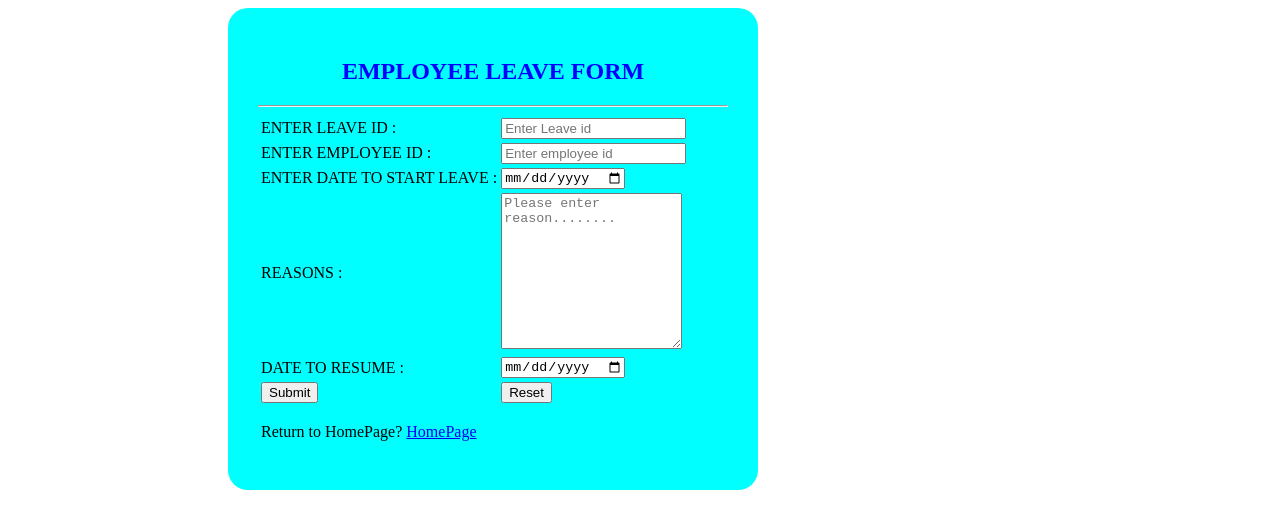
Repository: Catalyst-OTU/Java_Works
Page: jspSession2/WebContent/applyleave.html
These files come from the project's save history. The page is drawn as it stood at one moment and after the next save; the edit follows.
The browser window is 1280 px wide. The pictures show the whole page.

Above is the page before, as saved 2021-01-29 18:34:20.

After the next save:
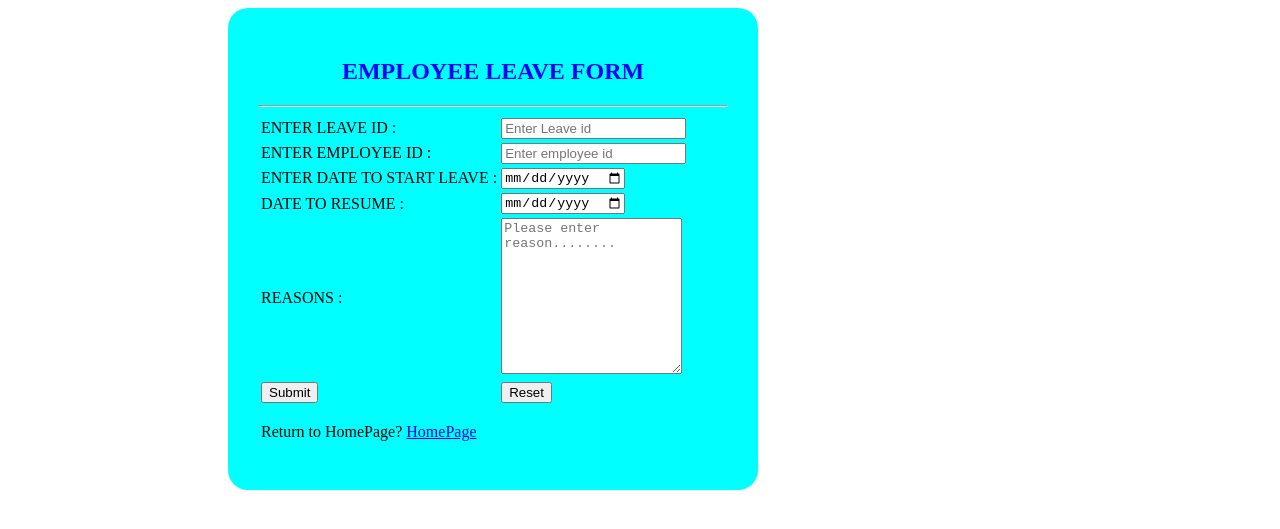
Saved 23 s later.
--- a/jspSession2/WebContent/applyleave.html
+++ b/jspSession2/WebContent/applyleave.html
@@ -35,16 +35,22 @@
 
 			<tr>
 				<td> ENTER LEAVE ID :</td>
-				<td><input type="text" name="leaveid" class="form-control" placeholder="Enter Leave id" required></td>
+				<td><input type="text" name="leaveid" placeholder="Enter Leave id" required></td>
 			</tr>
+
 			<tr>
 				<td> ENTER EMPLOYEE ID :</td>
-				<td><input type="text" name="empid" class="form-control" placeholder="Enter employee id" required></td>
+				<td><input type="text" name="empid" placeholder="Enter employee id" required></td>
 			</tr>
 
 			<tr>
 				<td> ENTER DATE TO START LEAVE :</td>
-				<td><input type="date" name="applydate" class="form-control" placeholder="Enter date to start leave" required></td>
+				<td><input type="date" name="applydate" placeholder="Enter date to start leave" required></td>
+			</tr>
+
+			<tr>
+				<td> DATE TO RESUME :</td>
+				<td><input type="date" name="resumedate" placeholder="Enter date to resume" required></td>
 			</tr>
 
 			<tr>
@@ -52,18 +58,15 @@
 				<td><textarea type="text" name="reason" cols="20" rows="10" placeholder="Please enter reason........"></textarea></td>
 			</tr>
 
-			<tr>
-				<td> DATE TO RESUME :</td>
-				<td><input type="date" name="resumedate" class="form-control" placeholder="Enter date to resume" required></td>
-			</tr>
+
 
             <tr class="text-right">
-                <td> <input type="submit" class="btn btn-primary" value="Submit"> </td>
-                <td> <input type="reset" class="btn btn-danger" value="Reset"> </td>
+                <td> <input type="submit" value="Submit"> </td>
+                <td> <input type="reset" value="Reset"> </td>
             </tr>
 
             <tr>
-              <td> <p class="text-center">Return to HomePage? <a href="userpage1.jsp">HomePage</a></p> </td>
+              <td> <p>Return to HomePage? <a href="userpage1.jsp">HomePage</a></p> </td>
             </tr>
 
 		</table>
